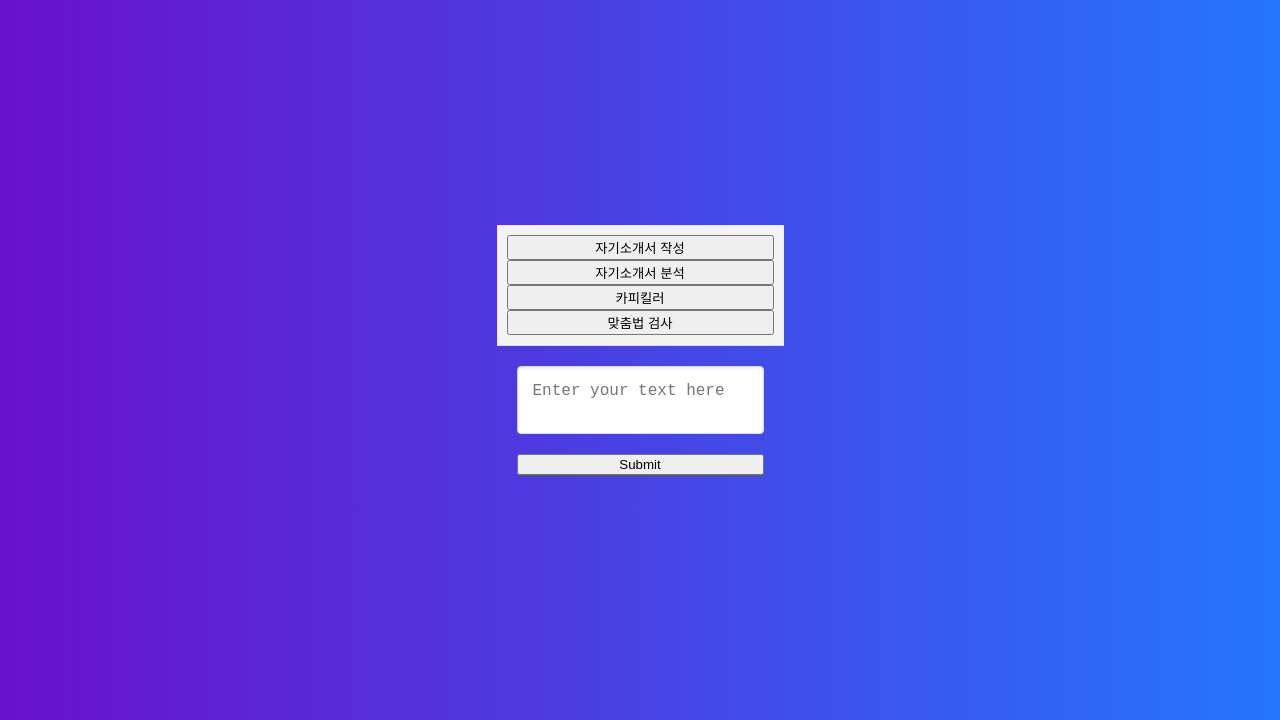
Repository: Choi9912/Flask_IntroduceGPT
Page: http://localhost/
An editor plug-in stored every save of this project. The page is shown before and after the next save, followed by the edit.
The browser window is 1280 px wide. The pictures show the whole page.
The page is served by the project's application, run on Flask 3 (app.py).

Above is the page before, as saved 2024-07-30 12:19:36.

After the next save:
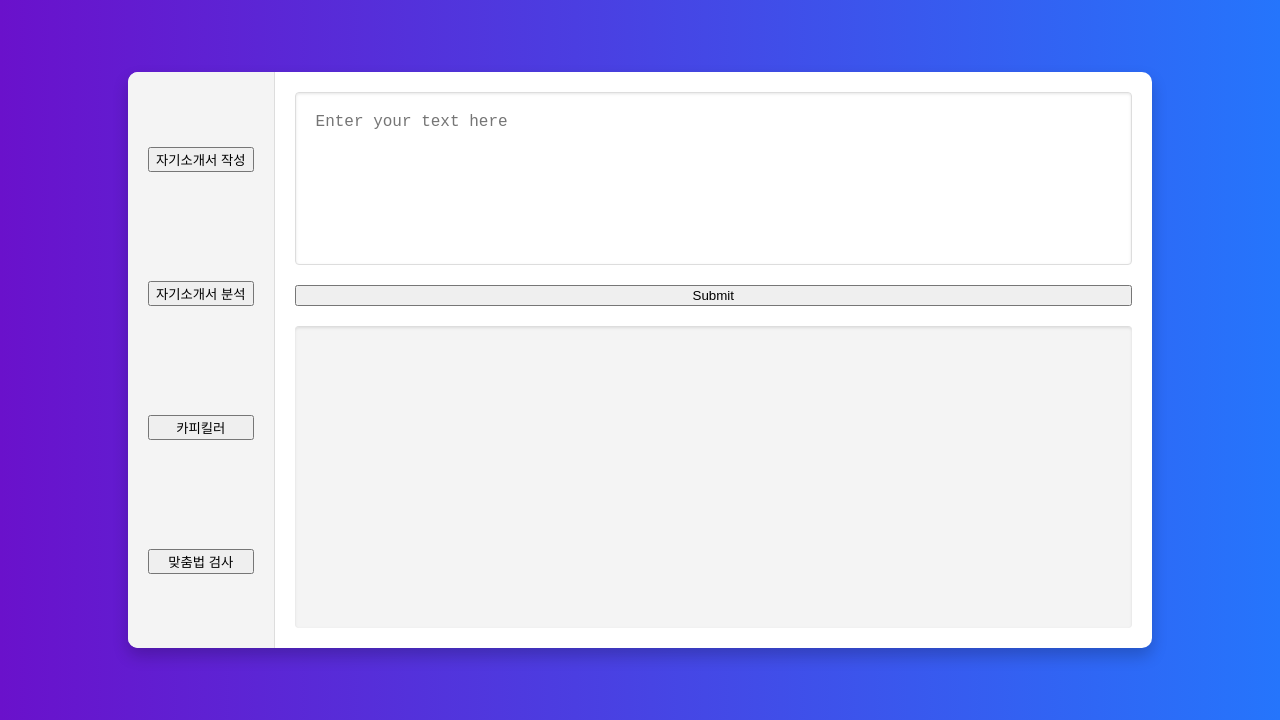
Saved 7 s later.
--- a/static/style.css
+++ b/static/style.css
@@ -1,50 +1,43 @@
 body {
+    display: flex;
+    justify-content: center;
+    align-items: center;
+    height: 100vh;
     margin: 0;
     font-family: 'Roboto', sans-serif;
     background: linear-gradient(to right, #6a11cb, #2575fc);
-    display: flex;
-    justify-content: center;
-    align-items: center;
-    min-height: 100vh;
 }
 
-.app-container {
+.container {
     display: flex;
-    flex-direction: column;
-    width: 100%;
-    max-width: 480px;
     border-radius: 10px;
     box-shadow: 0 8px 16px rgba(0, 0, 0, 0.2);
+    width: 80%;
+    height: 80%;
     background-color: #ffffff;
     overflow: hidden;
     animation: fadeIn 1s ease-in-out;
 }
 
-.header {
-    background-color: #007bff;
-    color: #ffffff;
-    text-align: center;
-    padding: 15px;
-}
-
 .sidebar {
     display: flex;
     flex-direction: column;
-    padding: 10px;
+    justify-content: space-around;
+    padding: 20px;
     background-color: #f4f4f4;
-    border-bottom: 1px solid #ddd;
+    border-right: 1px solid #ddd;
     animation: slideIn 0.5s ease-in-out;
 }
 
 .sidebar-btn {
-    padding: 10px;
-    margin: 5px 0;
+    padding: 15px;
+    margin: 10px 0;
     border: none;
     border-radius: 4px;
     background-color: #007bff;
     color: #ffffff;
     cursor: pointer;
-    font-size: 14px;
+    font-size: 16px;
     transition: background-color 0.3s, box-shadow 0.3s, transform 0.3s;
 }
 
@@ -55,17 +48,18 @@ body {
 }
 
 .content {
+    flex: 1;
+    display: flex;
+    flex-direction: column;
     padding: 20px;
     position: relative;
     animation: fadeIn 1s ease-in-out;
-    display: flex;
-    flex-direction: column;
 }
 
 #inputArea {
     flex: 1;
     margin-bottom: 20px;
-    padding: 15px;
+    padding: 20px;
     font-size: 16px;
     border: 1px solid #ddd;
     border-radius: 4px;
@@ -80,7 +74,10 @@ body {
 }
 
 .submit-btn {
-    padding: 10px;
+    position: absolute;
+    top: 20px;
+    right: 20px;
+    padding: 10px 20px;
     cursor: pointer;
     background-color: #007bff;
     color: #fff;
@@ -88,9 +85,33 @@ body {
     border-radius: 4px;
     font-size: 16px;
     transition: background-color 0.3s, box-shadow 0.3s, transform 0.3s;
-    align-self: flex-end;
 }
 
 .submit-btn:hover {
     background-color: #0056b3;
-    box-shadow: 0 4px
+    box-shadow: 0 4px 8px rgba(0, 0, 0, 0.1);
+    transform: translateY(-2px);
+}
+
+#output {
+    flex: 2;
+    margin-top: 20px;
+    border-top: 1px solid #ddd;
+    padding: 20px;
+    overflow-y: auto;
+    background-color: #f4f4f4;
+    border-radius: 4px;
+    box-shadow: inset 0 1px 3px rgba(0, 0, 0, 0.1);
+    animation: fadeIn 1s ease-in-out;
+}
+
+/* Animations */
+@keyframes fadeIn {
+    from { opacity: 0; }
+    to { opacity: 1; }
+}
+
+@keyframes slideIn {
+    from { transform: translateX(-100%); }
+    to { transform: translateX(0); }
+}
